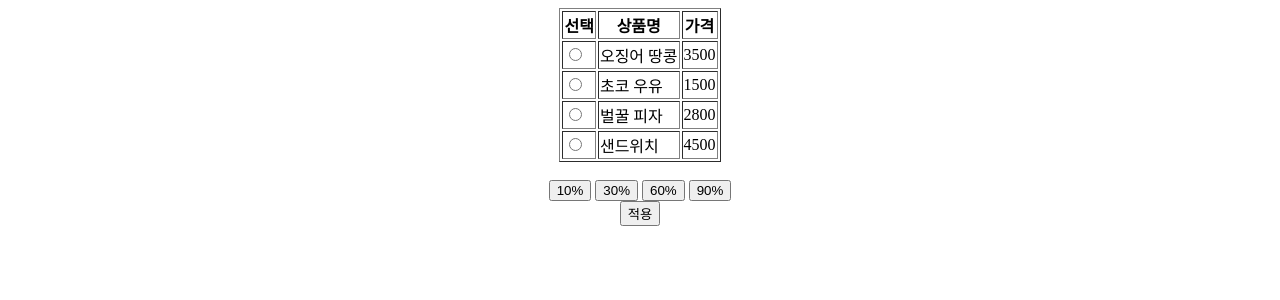
Repository: kwonkk/SpringFramework_Study
Page: http://localhost/ex02/WEB-INF/views/product/usePoint.jsp
These files come from the project's save history. The page is drawn as it stood at one moment and after the next save; the edit follows.
The browser window is 1280 px wide. The pictures show the whole page.
The page is served by Tomcat 9. Nobody is signed in. The template is opened directly, without the code that normally fills it, so the values that code supplies are empty.

Above is the page before, as saved 2023-09-19 02:42:42.

After the next save:
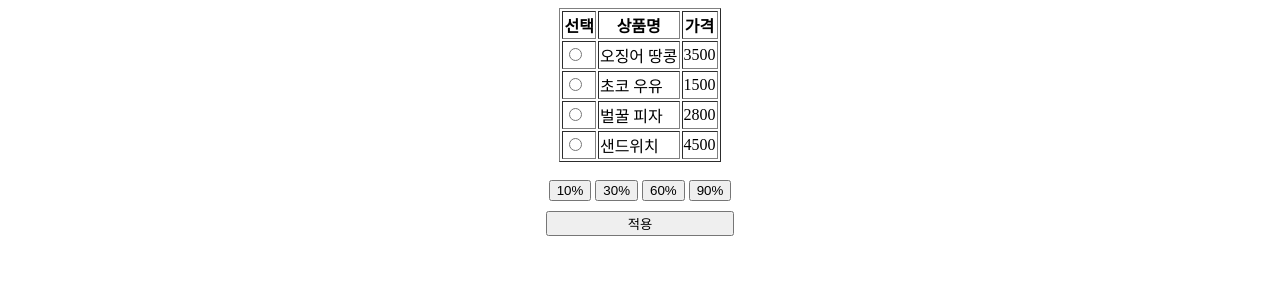
Saved 4 min 1 s later.
--- a/ex02/src/main/webapp/WEB-INF/views/product/usePoint.jsp
+++ b/ex02/src/main/webapp/WEB-INF/views/product/usePoint.jsp
@@ -50,7 +50,7 @@
 		<button>30%</button>
 		<button>60%</button>
 		<button>90%</button>
-		<button style="display:block;margin:0 auto;">적용</button>
+		<button style="display:block;margin:10px auto; width:188px;">적용</button>
 		</div>
 
 	</form>
